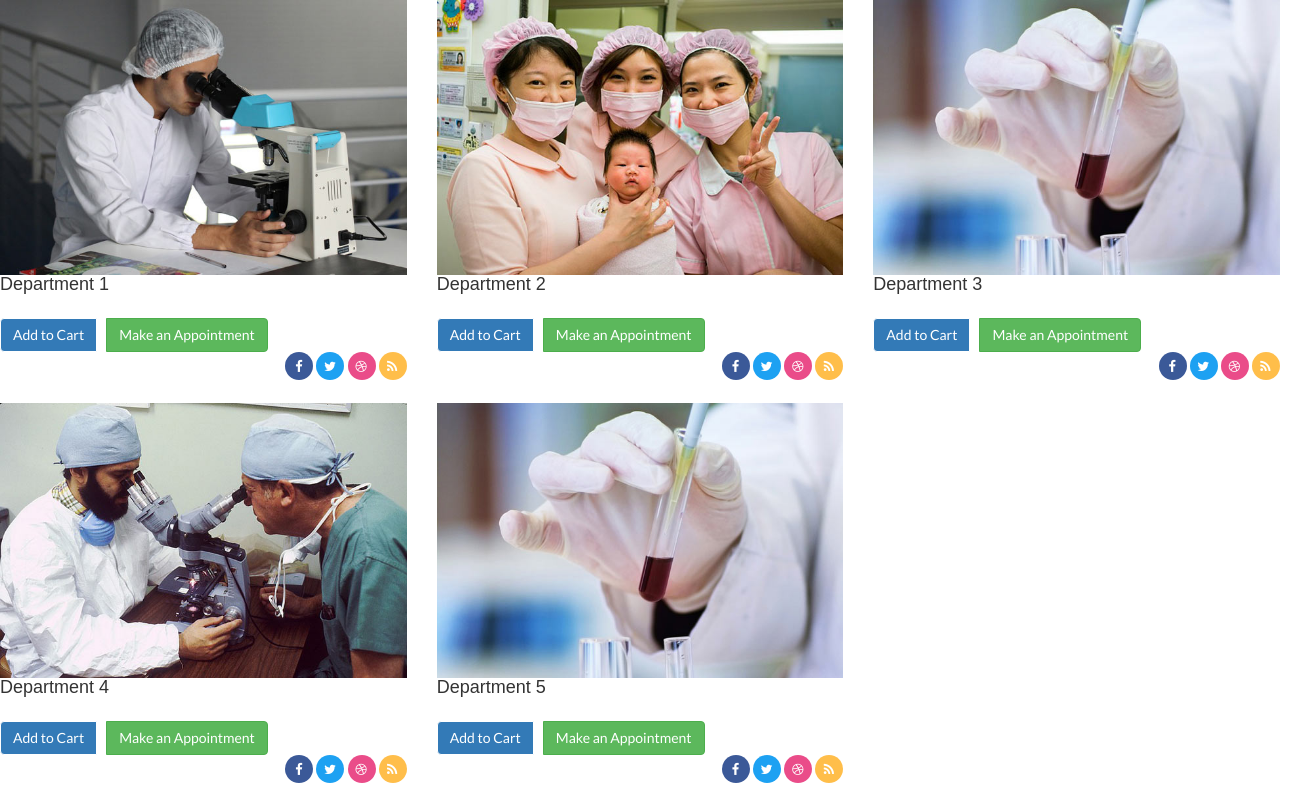
Repository: 72-faisal/work_to_do
Page: http://localhost/Khajina_Doctor/Department-home.jsp
An editor plug-in stored every save of this project. The page is shown before and after the next save, followed by the edit.
The browser window is 1280 px wide. The page is 1295 px wide, so the pictures cover 1295 px, including what lies to the right of the window. The pictures show the whole page.
Some web fonts or font styles are not loaded; a fallback is used. The page is served by Tomcat 9. Other server files are loaded and not shown.

Above is the page before, as saved 2023-04-15 20:17:05.

### Khajina_Doctor/Khajina_Doctor/src/main/webapp/Department-home.jsp
<%@ page language="java" contentType="text/html; charset=ISO-8859-1"
    pageEncoding="ISO-8859-1"%>
<!DOCTYPE html>
<html>
<head>
<meta charset="ISO-8859-1">
<title>KhajjinaDoc a Medical Online Solution |</title>
<!-- for-meta-tags-->
<meta name="viewport" content="width=device-width, initial-scale=1">
<meta http-equiv="Content-Type" content="text/html; charset=utf-8" />
<meta name="keywords" content="Health Plus Responsive web template, Bootstrap Web Templates, Flat Web Templates, Android Compatible web template,
Smartphone Compatible web template, free web designs for Nokia, Samsung, LG, SonyEricsson, Motorola web design" />
<script type="application/x-javascript"> addEventListener("load", function() { setTimeout(hideURLbar, 0); }, false);
		function hideURLbar(){ window.scrollTo(0,1); } </script>
<!-- //for-meta-tags-->
<link href="css/bootstrap.css" rel="stylesheet" type="text/css" media="all" />
<link rel="stylesheet" href="css/flexslider.css" type="text/css" media="screen" Department="" />
<link href="css/services.css" rel="stylesheet" type="text/css" media="all" />
<link href="css/ziehharmonika.css" rel="stylesheet" type="text/css">
<link href="css/JiSlider.css" rel="stylesheet">
<link href="css/style.css" rel="stylesheet" type="text/css" media="all" />
<!-- font-awesome icons -->
<link href="css/font-awesome.css" rel="stylesheet">
<!-- //font-awesome icons -->
<link href="//fonts.googleapis.com/css?family=Raleway:200,200i,300,300i,400,400i,500,500i,600,600i,700,700i,800" rel="stylesheet">
<link href="//fonts.googleapis.com/css?family=Lato:300,300i,400,400i,700,900" rel="stylesheet">
<style>
.col-md-4 department {
  border: 2px solid black; /* Set the border style to a 1px solid black line */
  padding: 10px; /* Add some padding around the box content to make it easier to read */
}
.department .btn-group .btn:first-child {
  margin-right: 10px;
}

.btn-primary:hover {
  filter: brightness(70%);
}
.social_agileinfo li a {
  display: block;
  width: 30px;
  height: 30px;
  line-height: 30px;
  text-align: center;
  background: #333;
  border-radius: 50%;
  margin: 0 10px;
}

.social_agileinfo li a i {
  font-size: 18px;
}

.social_agileinfo li a:hover {
  background: #555;
}

.social_agileinfo li a:hover i {
  color: #fff;
}

.social_agileinfo li a:focus {
  outline: none;
}





</style>
</head>
<body>
<div class="department-box">
    <div class="row">
        <div class="col-md-4 department">
            <img src="images/g1.jpg" alt=" " class="img-responsive" />
            <div class="overlay">
                <h4>Department 1</h4><br>
                 <div class="btn-group" role="group">
                    <button type="button" class="btn btn-primary">Add to Cart</button>
                    <button type="button" class="btn btn-success">Make an Appointment</button>
                </div><br>
               <div class="agileinfo_social_icons">
							<ul class="agileits_social_list">
								<li><a href="72__faisal" class="w3_agile_facebook"><i class="fa fa-facebook" aria-hidden="true"></i></a></li>
								<li><a href="72__faisal" class="agile_twitter"><i class="fa fa-twitter" aria-hidden="true"></i></a></li>
								<li><a href="72__faisal" class="w3_agile_dribble"><i class="fa fa-dribbble" aria-hidden="true"></i></a></li>
								<li><a href="72__faisal" class="w3_agile_rss"><i class="fa fa-rss" aria-hidden="true"></i></a></li>
							</ul>
						</div>
            </div>
        </div>
        <div class="col-md-4 department">
            <img src="images/g2.jpg" alt=" " class="img-responsive" />
            <div class="overlay">
                <h4>Department 2</h4><br>
                <div class="btn-group" role="group">
                    <button type="button" class="btn btn-primary">Add to Cart</button>
                    <button type="button" class="btn btn-success">Make an Appointment</button>
                </div><br>
                   <div class="agileinfo_social_icons">
							<ul class="agileits_social_list">
								<li><a href="72__faisal" class="w3_agile_facebook"><i class="fa fa-facebook" aria-hidden="true"></i></a></li>
								<li><a href="72__faisal" class="agile_twitter"><i class="fa fa-twitter" aria-hidden="true"></i></a></li>
								<li><a href="72__faisal" class="w3_agile_dribble"><i class="fa fa-dribbble" aria-hidden="true"></i></a></li>
								<li><a href="72__faisal" class="w3_agile_rss"><i class="fa fa-rss" aria-hidden="true"></i></a></li>
							</ul>
						</div>
            </div>
        </div>
        <div class="col-md-4 department">
            <img src="images/g3.jpg" alt=" " class="img-responsive" />
            <div class="overlay">
                <h4>Department 3</h4><br>
                <div class="btn-group" role="group">
                    <button type="button" class="btn btn-primary">Add to Cart</button>
                    <button type="button" class="btn btn-success">Make an Appointment</button>
                </div><br>
                  <div class="agileinfo_social_icons">
							<ul class="agileits_social_list">
								<li><a href="72__faisal" class="w3_agile_facebook"><i class="fa fa-facebook" aria-hidden="true"></i></a></li>
								<li><a href="72__faisal" class="agile_twitter"><i class="fa fa-twitter" aria-hidden="true"></i></a></li>
								<li><a href="72__faisal" class="w3_agile_dribble"><i class="fa fa-dribbble" aria-hidden="true"></i></a></li>
								<li><a href="72__faisal" class="w3_agile_rss"><i class="fa fa-rss" aria-hidden="true"></i></a></li>
							</ul>
						</div>
            </div>
        </div>
    </div><br>
    <div class="row">
        <div class="col-md-4 department">
            <img src="images/g4.jpg" alt=" " class="img-responsive" />
            <div class="overlay">
                <h4>Department 4</h4><br>
               <div class="btn-group" role="group">
                    <button type="button" class="btn btn-primary">Add to Cart</button>
                    <button type="button" class="btn btn-success">Make an Appointment</button>
                </div><br>
                 <div class="agileinfo_social_icons">
							<ul class="agileits_social_list">
								<li><a href="72__faisal" class="w3_agile_facebook"><i class="fa fa-facebook" aria-hidden="true"></i></a></li>
								<li><a href="72__faisal" class="agile_twitter"><i class="fa fa-twitter" aria-hidden="true"></i></a></li>
								<li><a href="72__faisal" class="w3_agile_dribble"><i class="fa fa-dribbble" aria-hidden="true"></i></a></li>
								<li><a href="72__faisal" class="w3_agile_rss"><i class="fa fa-rss" aria-hidden="true"></i></a></li>
							</ul>
						</div>
            </div>
        </div>
         <div class="col-md-4 department">
            <img src="images/g3.jpg" alt=" " class="img-responsive" />
            <div class="overlay">
                <h4>Department 5</h4><br>
               <div class="btn-group" role="group">
                    <button type="button" class="btn btn-primary">Add to Cart</button>
                    <button type="button" class="btn btn-success">Make an Appointment</button>
                </div><br>
                  <div class="agileinfo_social_icons">
							<ul class="agileits_social_list">
								<li><a href="72__faisal" class="w3_agile_facebook"><i class="fa fa-facebook" aria-hidden="true"></i></a></li>
								<li><a href="72__faisal" class="agile_twitter"><i class="fa fa-twitter" aria-hidden="true"></i></a></li>
								<li><a href="72__faisal" class="w3_agile_dribble"><i class="fa fa-dribbble" aria-hidden="true"></i></a></li>
								<li><a href="72__faisal" class="w3_agile_rss"><i class="fa fa-rss" aria-hidden="true"></i></a></li>
							</ul>
						</div>
            </div>
        </div>
    </div>
    </div>

</body>
</html>

### Khajina_Doctor/Khajina_Doctor/src/main/webapp/css/flexslider.css
/*
 * jQuery FlexSlider v2.0
 * http://www.woothemes.com/flexslider/
 *
 * Copyright 2012 WooThemes
 * Free to use under the GPLv2 license.
 * http://www.gnu.org/licenses/gpl-2.0.html
 *
 * Contributing author: Tyler Smith (@mbmufffin)
 */
/* Browser Resets */
.flex-container a:active,
.flexslider a:active,
.flex-container a:focus,
.flexslider a:focus  {outline: none;}
.slides,
.flex-control-nav,
.flex-direction-nav {margin: 0; padding: 0; list-style: none;}

/* FlexSlider Necessary Styles
*********************************/
.flexslider .slides > li {display: none; -webkit-backface-visibility: hidden;} /* Hide the slides before the JS is loaded. Avoids image jumping */
.flexslider .slides img {margin: 0 auto; display: block;}
.flex-pauseplay span {text-transform: capitalize;}

/* Clearfix for the .slides element */
.slides:after {content: "."; display: block; clear: both; visibility: hidden; line-height: 0; height: 0;}
html[xmlns] .slides {display: block;}
* html .slides {height: 1%;}

/* No JavaScript Fallback */
/* If you are not using another script, such as Modernizr, make sure you
 * include js that eliminates this class on page load */
.no-js .slides > li:first-child {display: block;}


/* FlexSlider Default Theme
*********************************/
.flexslider {
	border: 0px;
	position: relative;
	zoom: 1;
	overflow: hidden;
}
.flex-viewport {max-height: 2000px; -webkit-transition: all 1s ease; -moz-transition: all 1s ease; transition: all 1s ease;}
.loading .flex-viewport {max-height: 300px;}
.flexslider .slides {zoom: 1;}

.carousel li {margin-right: 5px}


/* Direction Nav */
.flex-direction-nav a {
	margin: 0;
    background: none;
    position: absolute;
    z-index: 10;
    cursor: pointer;
    opacity: .8;
    -webkit-transition: all .3s ease;
    font-family: FontAwesome;
    font-size: 2em;
    color: #fff;
	text-decoration: none;
	top: 50%;
}
.flex-direction-nav .flex-next {
    right: 5%;
}
.flex-direction-nav .flex-prev {
	left:5%;
}
.flex-direction-nav .flex-next:before{
	content:"\f178";
}
.flex-direction-nav .flex-prev:before{
	content:"\f177";
}
.flexslider:hover .flex-next {opacity: 1;}
.flexslider:hover .flex-prev {opacity: 1;}
.flexslider:hover .flex-next:hover, .flexslider:hover .flex-prev:hover {opacity: 1;}
.flex-direction-nav .flex-disabled {opacity: .3!important; filter:alpha(opacity=30); cursor: default;}
/* Control Nav */
.flex-control-nav {
	display: block;
    position: absolute;
    right: 5%;
    top: 20%;
}
.flex-control-nav li {
    margin: 15px 0;
    display: block;
    zoom: 1;
    position: relative;
}
.flex-control-paging li a {
	width: 15px;
    height: 15px;
    display: none;
    cursor: pointer;
    text-indent: -9999px;
    border: 5px solid rgba(255, 255, 255, 0.38);
    background: #bababa;
    text-align: center;
    border-radius: 15px;
}
.flex-control-paging li a.flex-active {
	background:#ff464f;
	cursor: default;
	transform: rotateX(360deg);
	-webkit-transform: rotateX(360deg);
	-moz-transform: rotateX(360deg);
	-o-transform: rotateX(360deg);
	-ms-transform: rotateX(360deg);
    transition: transform 2s;
}
.flex-control-thumbs {margin: 5px 0 0; position: static; overflow: hidden;}
.flex-control-thumbs li {width: 25%; float: left; margin: 0;}
.flex-control-thumbs img {width: 100%; display: block; opacity: .7; cursor: pointer;}
.flex-control-thumbs img:hover {opacity: 1;}
.flex-control-thumbs .flex-active {opacity: 1; cursor: default;}
@media screen and (max-width:1366px) {

}
@media screen and (max-width:1080px) {

}
@media screen and (max-width: 991px){

}
@media screen and (max-width: 667px){

}
@media screen and (max-width: 640px){

}
@media screen and (max-width: 600px){

}
@media screen and (max-width: 480px) {
	section.slider {
		padding-top: 0;
	}

}
@media screen and (max-width: 414px){

}
@media screen and (max-width: 384px){

}
@media screen and (max-width: 375px) {

}
@media screen and (max-width: 320px) {

}

### Khajina_Doctor/Khajina_Doctor/src/main/webapp/css/services.css
.ch-item {
	width: 100%;
	height: 100%;
	border-radius: 50%;
	position: relative;
	cursor: default;
	-webkit-perspective: 900px;
	-moz-perspective: 900px;
	-o-perspective: 900px;
	-ms-perspective: 900px;
	perspective: 900px;
}
.ch-info{
	position: absolute;
	width: 100%;
	height: 100%;
	-webkit-transform-style: preserve-3d;
	-moz-transform-style: preserve-3d;
	-o-transform-style: preserve-3d;
	-ms-transform-style: preserve-3d;
	transform-style: preserve-3d;
}
.ch-info > div {
	display: block;
	position: absolute;
	width: 100%;
	height: 100%;
	border-radius: 50%;
	background-position: center center;
	-webkit-transition: all 0.4s linear;
	-moz-transition: all 0.4s linear;
	-o-transition: all 0.4s linear;
	-ms-transition: all 0.4s linear;
	transition: all 0.4s linear;
	-webkit-transform-origin: 50% 0%;
	-moz-transform-origin: 50% 0%;
	-o-transform-origin: 50% 0%;
	-ms-transform-origin: 50% 0%;
	transform-origin: 50% 0%;
}

.ch-info .ch-info-front {
      border: 10px solid #1c588e;
    background: #fff;
}

.ch-info .ch-info-back {
	-webkit-transform: translate3d(0,0,-220px) rotate3d(1,0,0,90deg);
	-moz-transform: translate3d(0,0,-220px) rotate3d(1,0,0,90deg);
	-o-transform: translate3d(0,0,-220px) rotate3d(1,0,0,90deg);
	-ms-transform: translate3d(0,0,-220px) rotate3d(1,0,0,90deg);
	transform: translate3d(0,0,-220px) rotate3d(1,0,0,90deg);
	background: #000;
	opacity: 0;
}
.ch-info-front.ch-img-1 i,.ch-info-front.ch-img-2 i,.ch-info-front.ch-img-3 i ,.ch-info-front.ch-img-4 i ,.ch-info-front.ch-img-5 i   {
    color: #232323;
    font-size: 4em;
    line-height: 3em;
}

.ch-info h5 {
    color: #fff;
    text-transform: uppercase;
    letter-spacing: 2px;
    font-size: 20px;
    margin: 0 15px;
    padding: 78px 0 0 0;
    height: 110px;
    text-shadow: 0 0 1px #fff, 0 1px 2px rgba(0,0,0,0.3);
}

.ch-info p {
	color: #de0f17;
    padding:10px 5px;
    font-style:italic;
    margin:0 30px;
    font-size:12px;
    border-top:1px solid rgba(47, 46, 46, 0.5);
}

.ch-info p a {
	display: block;
	color: #fff;
	color: rgba(255,255,255,0.7);
	font-style: normal;
	font-weight: 700;
	text-transform: uppercase;
	font-size: 9px;
	letter-spacing: 1px;
	padding-top: 4px;
	font-family: 'Open Sans', Arial, sans-serif;
}

.ch-info p a:hover {
	color: #fff222;
	color: rgba(255,242,34, 0.8);
}

.ch-item:hover .ch-info-front {
	-webkit-transform: translate3d(0,280px,0) rotate3d(1,0,0,-90deg);
	-moz-transform: translate3d(0,280px,0) rotate3d(1,0,0,-90deg);
	-o-transform: translate3d(0,280px,0) rotate3d(1,0,0,-90deg);
	-ms-transform: translate3d(0,280px,0) rotate3d(1,0,0,-90deg);
	transform: translate3d(0,280px,0) rotate3d(1,0,0,-90deg);
	opacity: 0;
}

.ch-item:hover .ch-info-back {
	-webkit-transform: rotate3d(1,0,0,0deg);
	-moz-transform: rotate3d(1,0,0,0deg);
	-o-transform: rotate3d(1,0,0,0deg);
	-ms-transform: rotate3d(1,0,0,0deg);
	transform: rotate3d(1,0,0,0deg);
	opacity: 1;
}

### Khajina_Doctor/Khajina_Doctor/src/main/webapp/css/ziehharmonika.css
/* @author Tim himself */

.ziehharmonika h3 {
    background: rgba(255, 255, 255, 0);
    color: #151414;
    text-align: left;
    border-radius: 0px;
    padding: 25px 20px;
    cursor: pointer;
    margin-top: 0;
    margin-bottom: 25px;
    padding-right: 40px;
    transition: 0.25s all;
    position: relative;
    border: 6px solid #191919;
    font-weight: 700;
    letter-spacing: 1px;
}
.ziehharmonika h3.active {
    margin-bottom: 21px;
  background: #207fdc;
    border: 6px solid rgba(44, 185, 139, 0.01);
}
.ziehharmonika h3::before {
	content: attr(data-prefix);
	font-size: 18px;
	margin-right: 9px;
}
.ziehharmonika > div {
	display: none;
	    background: #fff;
    border-radius: 0;
    border: 1px solid #cdcdcd;
    text-align: left;
    padding: 31px 33px;
    margin-bottom: 9px;
}
.ziehharmonika .arrowDown {
	width: 0;
	height: 0;
	border-style: solid;
	border-width: 13.0px 7.5px 0 7.5px;
	border-color: #272e35 transparent transparent transparent;
	position: absolute;
	bottom: 0;
	left: 40px;
	transition: 0.25s all;
	opacity: 0;
}
.ziehharmonika .active .arrowDown {
       bottom: -18px;
    border-color: #207fdc transparent transparent transparent;
    opacity: 1;
}
.ziehharmonika .collapseIcon {
	    position: absolute;
    right: 20px;
    top: 52%;
    font-size: 30px;
    font-weight: 400;
    -ms-transform: translate(0, -50%);
    transform: translate(0, -50%);
}
/*--/Responsive--*/
@media(max-width:640px){
	.ziehharmonika > div {
		display: none;
		background: #fff;
		border-radius: 0;
		border: 1px solid #cdcdcd;
		text-align: left;
		padding: 15px 15px;
		margin-bottom: 9px;
	}
	.ziehharmonika h3 {
      padding: 15px 20px;
	}
}
@media(max-width:414px){
	.ziehharmonika h3 {
		padding: 9px 15px;
		margin-bottom: 14px;
		padding-right: 40px;
		font-size: 1.2em;
	}
}
/*--//Responsive--*/

### Khajina_Doctor/Khajina_Doctor/src/main/webapp/css/JiSlider.css
/****** JiSlider css ******/
	#JiSlider {
				width: 100%;
				height: 100%;
			}
.jislider ul {
	height: 100%;
	margin: 0;
	padding: 0;
	position: relative;
	list-style-type: none;
}

.jislider ul li {
	position: relative;
	height: 100%;
	float: left;
	overflow: hidden;
}

.jislider__img {
	position: absolute;
	top: 0;
	left: 0;
	background-size: cover;
	background-position: center;
	width: 100%;
	height: 100%;
	z-index: -1;
}

.jislider__left-arrow {
	position: absolute;
	left: 30px;
	top: 0;
	bottom: 0;
	margin: auto;
	width: 30px;
	height: 60px;
	cursor: pointer;
}

.jislider__left-arrow__top {
	content: '';
	position: absolute;
	top: 0;
	left: 0;
	width: 2px;
	height: 30px;
	background-color: inherit;
	-webkit-transform: rotate(30deg) translateX(10px) translateY(-3px);
	-ms-transform: rotate(30deg) translateX(10px) translateY(-3px);
	transform: rotate(30deg) translateX(10px) translateY(-3px);
}

.jislider__left-arrow__bottom {
	content: '';
	position: absolute;
	bottom: 0;
	left: 0;
	width: 2px;
	height: 30px;
	background-color: inherit;
	-webkit-transform: rotate(-30deg) translateX(10px) translateY(3px);
	-ms-transform: rotate(-30deg) translateX(10px) translateY(3px);
	transform: rotate(-30deg) translateX(10px) translateY(3px);
}


.jislider__right-arrow {
	position: absolute;
	right: 30px;
	top: 0;
	bottom: 0;
	margin: auto;
	width: 30px;
	height: 60px;
	cursor: pointer;
}

.jislider__right-arrow__top {
	content: '';
	position: absolute;
	top: 0;
	right: 0;
	width: 2px;
	height: 30px;
	background-color: inherit;
	-webkit-transform: rotate(-30deg) translateX(-10px) translateY(-3px);
	-ms-transform: rotate(-30deg) translateX(-10px) translateY(-3px);
	transform: rotate(-30deg) translateX(-10px) translateY(-3px);
}

.jislider__right-arrow__bottom {
	content: '';
	position: absolute;
	bottom: 0;
	right: 0;
	width: 2px;
	height: 30px;
	background-color: inherit;
	-webkit-transform: rotate(30deg) translateX(-10px) translateY(3px);
	-ms-transform: rotate(30deg) translateX(-10px) translateY(3px);
	transform: rotate(30deg) translateX(-10px) translateY(3px);
}

.jislider__controller {
    position: absolute;
    max-width: 80%;
    padding: 0 10px;
    left: -54%;
    right: 0;
    bottom: 20%;
    margin: auto;
    text-align: center;
}

.jislider__button {
    display: inline-block;
    width: 36px;
    height: 5px;
    margin: 0 0 0 7px;
    cursor: pointer;
    border: 2px solid #fff!important;
    background: #fff!important;
    box-shadow: 3px 3px rgba(0, 0, 0, 0.34);
}
.jislider__button.jislider__on{
	background:#de0f17!important;
    border:2px solid #de0f17!important;
    height:5px;
    width:36px;
	border-radius:0px!important;
}
.jislider__controller {
    width: 200px!important;
}
/*--start-responsive-design--*/
@media (max-width:1680px){
	.jislider__controller {
		left: -61%;
	}
}
@media (max-width:1600px){
	.jislider__controller {
		left: -64%;
	}
}
@media (max-width:1440px){
	.jislider__controller {

		bottom: 20%;
		left: -71%;
        right: 0;
	}
}
@media (max-width:1366px){
	.jislider__controller {
		bottom: 20%;
		left: -74%;
		right: 0;
	}
}
@media (max-width:1280px){

	.jislider__controller {
		left: -80%;
		right: 0;
		bottom: 20%;
	}
}
@media (max-width:1080px){
	.jislider__controller {
		left: -76%;
		right: 0;
		bottom: 24%;
	}
}
@media (max-width:1050px){
 .jislider__controller {
		left: -78%;
		right: 0;
		bottom: 24%;
	}
}
@media (max-width:1024px){
	.jislider__controller {
		left: -80%;
		right: 0;
		bottom: 26%;
	}
}
@media (max-width:991px){

	.jislider__controller {
		left: -63%;
		right: 0;
		bottom: 23%;
	}
}
@media (max-width:800px){
	.jislider__controller {
		left: -67%;
		right: 0;
		bottom: 23%;
	}
}
@media (max-width:768px){
	.jislider__controller {
		left: -72%;
		right: 0;
		bottom: 23%;
	}
}
@media (max-width:736px){
	.jislider__controller {
		left: -63%;
		right: 0;
		bottom: 27%;
	}
}
@media (max-width:667px){
   .jislider__controller {
		left: -66%;
		right: 0;
		bottom: 27%;
	}

}
@media (max-width:640px){
	.jislider__controller {
		left: -61%;
		right: 0;
		bottom: 23%;
	}
}
@media (max-width:600px){
	.jislider__controller {
		left: -60%;
		right: 0;
		bottom: 20%;
	}
}
@media (max-width:568px){
	.jislider__button {
		display: inline-block;
		width: 27px;
	}
}
@media (max-width:480px){

	.jislider__controller {
		left: -53%;
		right: 0;
		bottom: 22%;
	}
	.jislider__button {
		display: inline-block;
		width: 26px;
		height: 5px;
		margin: 0 0 0 7px;
	}
}
@media (max-width:414px){
	.jislider__left-arrow {
		position: absolute;
		left: 10px;
		top: 0;
		bottom: 0;
		margin: auto;
		width: 30px;
		height: 60px;
		cursor: pointer;
	}
	.jislider__right-arrow {
		position: absolute;
		right: 10px;
		top: 0;
		bottom: 0;
		margin: auto;
		width: 30px;
		height: 60px;
		cursor: pointer;
	}
	.jislider__controller {
		left: -53%;
		right: 0;
		bottom: 19%;
	}
}
@media (max-width:384px){
	.jislider__controller {
		padding: 0 0px;
		left: -49%;
		right: 0;
		bottom: 14%;
	}
}

Loaded but not shown: Khajina_Doctor/Khajina_Doctor/src/main/webapp/css/bootstrap.css (library); Khajina_Doctor/Khajina_Doctor/src/main/webapp/css/font-awesome.css (library); Khajina_Doctor/Khajina_Doctor/src/main/webapp/css/style.css (4106 lines, source omitted)

After the next save:
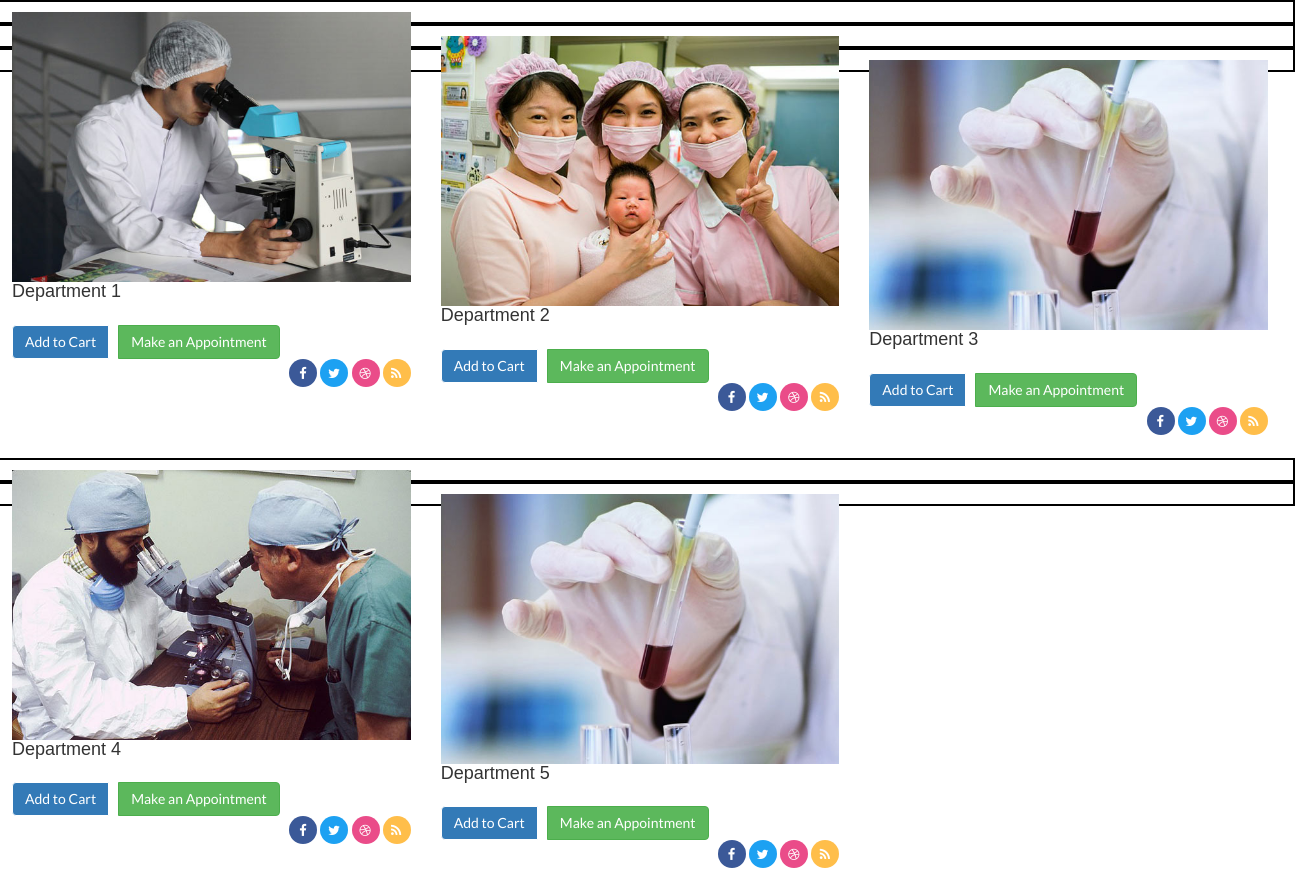
Saved 3 min 58 s later.
--- a/Khajina_Doctor/Khajina_Doctor/src/main/webapp/Department-home.jsp
+++ b/Khajina_Doctor/Khajina_Doctor/src/main/webapp/Department-home.jsp
@@ -25,7 +25,7 @@ Smartphone Compatible web template, free web designs for Nokia, Samsung, LG, Son
 <link href="//fonts.googleapis.com/css?family=Raleway:200,200i,300,300i,400,400i,500,500i,600,600i,700,700i,800" rel="stylesheet">
 <link href="//fonts.googleapis.com/css?family=Lato:300,300i,400,400i,700,900" rel="stylesheet">
 <style>
-.col-md-4 department {
+.box {
   border: 2px solid black; /* Set the border style to a 1px solid black line */
   padding: 10px; /* Add some padding around the box content to make it easier to read */
 }
@@ -72,7 +72,9 @@ Smartphone Compatible web template, free web designs for Nokia, Samsung, LG, Son
 <body>
 <div class="department-box">
     <div class="row">
+    <div class="box">
         <div class="col-md-4 department">
+
             <img src="images/g1.jpg" alt=" " class="img-responsive" />
             <div class="overlay">
                 <h4>Department 1</h4><br>
@@ -90,6 +92,8 @@ Smartphone Compatible web template, free web designs for Nokia, Samsung, LG, Son
 						</div>
             </div>
         </div>
+        </div>
+        <div class="box">
         <div class="col-md-4 department">
             <img src="images/g2.jpg" alt=" " class="img-responsive" />
             <div class="overlay">
@@ -108,6 +112,8 @@ Smartphone Compatible web template, free web designs for Nokia, Samsung, LG, Son
 						</div>
             </div>
         </div>
+        </div>
+        <div class="box">
         <div class="col-md-4 department">
             <img src="images/g3.jpg" alt=" " class="img-responsive" />
             <div class="overlay">
@@ -126,8 +132,10 @@ Smartphone Compatible web template, free web designs for Nokia, Samsung, LG, Son
 						</div>
             </div>
         </div>
+    </div>
     </div><br>
     <div class="row">
+    <div class="box">
         <div class="col-md-4 department">
             <img src="images/g4.jpg" alt=" " class="img-responsive" />
             <div class="overlay">
@@ -146,6 +154,8 @@ Smartphone Compatible web template, free web designs for Nokia, Samsung, LG, Son
 						</div>
             </div>
         </div>
+        </div>
+        <div class="box">
          <div class="col-md-4 department">
             <img src="images/g3.jpg" alt=" " class="img-responsive" />
             <div class="overlay">
@@ -164,6 +174,7 @@ Smartphone Compatible web template, free web designs for Nokia, Samsung, LG, Son
 						</div>
             </div>
         </div>
+        </div>
     </div>
     </div>
 
